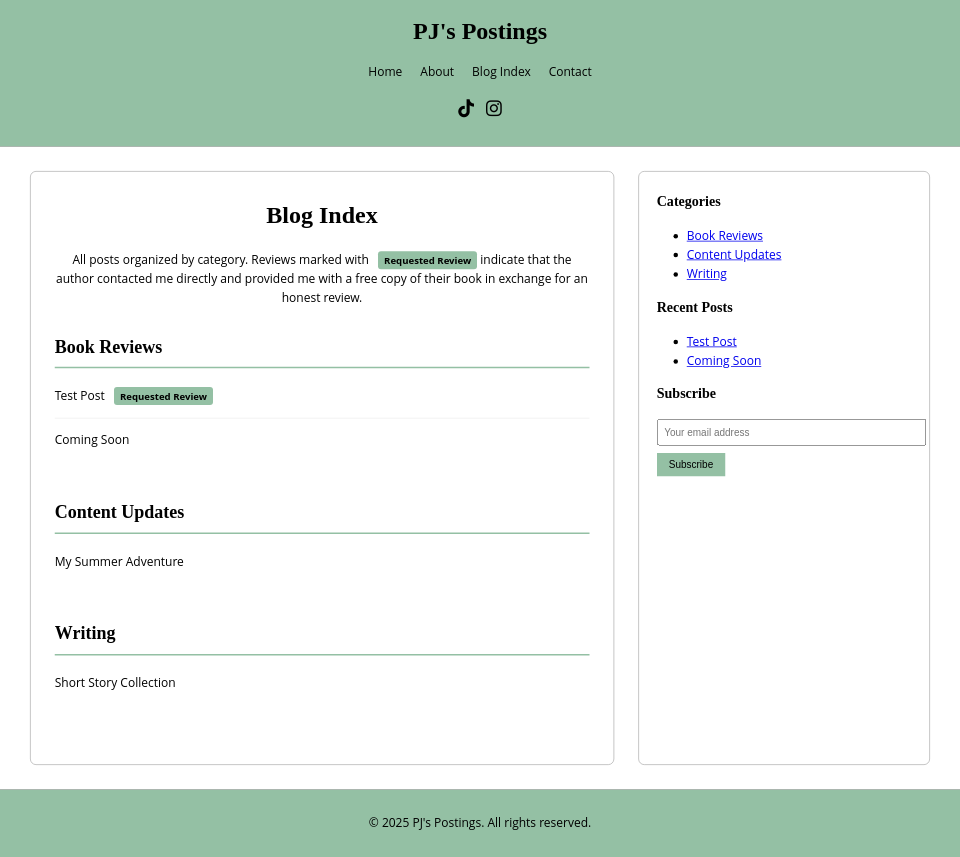
Repository: pjpatrick071/pjpatrick071.github.io
Page: blog.html
An editor plug-in stored every save of this project. The page is shown before and after the next save, followed by the edit.
The browser window is 1280 px wide. The pictures show the whole page, at 75% of full size.
Some web fonts or font styles are not loaded; a fallback is used.

Above is the page before, as saved 2025-04-02 23:12:03.

### blog.html
<!DOCTYPE html>
<html lang="en">
<head>
    <meta charset="UTF-8">
    <meta name="viewport" content="width=device-width, initial-scale=1.0">
    <title>Blog Index - PJ's Postings</title>

    <!-- Fonts -->
    <link href="https://fonts-api.wp.com/css?family=Playfair+Display:400,400i,700,700i|Open+Sans:400,400i,700,700i&subset=latin,latin-ext" rel="stylesheet">

    <!-- Font Awesome (for icons) -->
    <link href="https://cdnjs.cloudflare.com/ajax/libs/font-awesome/6.4.0/css/all.min.css" rel="stylesheet">

    <!-- Main Styles -->
    <style>
        :root {
            --soft-green: #94c0a4;
            --silver: #b3b3b3;
            --black: #000000;
            --white: #ffffff;
        }

        body {
            font-family: 'Open Sans', sans-serif;
            line-height: 1.6;
            margin: 0;
            padding: 0;
            background-color: var(--white);
            color: var(--black);
        }

        /* Header Styles */
        header {
            background-color: var(--soft-green);
            padding: 1rem 0;
            text-align: center;
            border-bottom: 1px solid var(--silver);
        }

        .logo {
            font-size: 2rem;
            font-weight: bold;
            margin: 0;
            color: var(--black);
            font-family: 'Playfair Display', serif;
        }

        /* Navigation */
        nav ul {
            padding: 0;
            list-style: none;
            display: flex;
            justify-content: center;
            gap: 1.5rem;
            margin: 1rem 0;
        }

        nav a {
            text-decoration: none;
            color: var(--black);
            font-weight: 500;
            transition: color 0.3s;
        }

        nav a:hover {
            color: var(--silver);
        }

        /* Main Content */
        .container {
            max-width: 1200px;
            margin: 2rem auto;
            padding: 0 1rem;
        }

        /* Blog Index */
        .blog-index {
            background-color: var(--white);
            border: 1px solid var(--silver);
            border-radius: 8px;
            padding: 2rem;
        }

        .index-header {
            text-align: center;
            margin-bottom: 2rem;
        }

        .index-header h1 {
            font-family: 'Playfair Display', serif;
            margin-top: 0;
        }

        .index-section {
            margin-bottom: 3rem;
        }

        .index-section h2 {
            font-family: 'Playfair Display', serif;
            border-bottom: 2px solid var(--soft-green);
            padding-bottom: 0.5rem;
            margin-bottom: 1.5rem;
        }

        .index-list {
            list-style: none;
            padding: 0;
        }

        .index-list li {
            margin-bottom: 1rem;
            padding-bottom: 1rem;
            border-bottom: 1px solid #eee;
        }

        .index-list li:last-child {
            border-bottom: none;
        }

        .index-list a {
            text-decoration: none;
            color: var(--black);
            font-weight: 500;
            transition: color 0.3s;
        }

        .index-list a:hover {
            color: var(--soft-green);
        }

        .requested-badge {
            background-color: var(--soft-green);
            color: var(--black);
            padding: 0.2rem 0.5rem;
            border-radius: 4px;
            font-size: 0.8rem;
            margin-left: 0.5rem;
            font-weight: bold;
        }

        /* Sidebar */
        .sidebar {
            background-color: var(--white);
            border: 1px solid var(--silver);
            border-radius: 8px;
            padding: 1.5rem;
            margin-top: 2rem;
        }

        .sidebar-title {
            margin-top: 0;
            color: var(--black);
            font-family: 'Playfair Display', serif;
        }

        /* Footer */
        footer {
            background-color: var(--soft-green);
            text-align: center;
            padding: 1rem 0;
            border-top: 1px solid var(--silver);
            margin-top: 2rem;
        }

        /* Social Icons */
        .social-links {
            display: flex;
            justify-content: center;
            gap: 1rem;
            margin: 1rem 0;
        }

        .social-links a {
            color: var(--black);
            font-size: 1.5rem;
            transition: transform 0.3s;
        }

        .social-links a:hover {
            transform: scale(1.2);
        }

        /* Responsive Design */
        @media (min-width: 768px) {
            .content-wrapper {
                display: grid;
                grid-template-columns: 2fr 1fr;
                gap: 2rem;
            }

            .sidebar {
                margin-top: 0;
            }
        }
    </style>
</head>
<body>
    <!-- Header -->
    <header>
        <h1 class="logo">PJ's Postings</h1>
        <nav>
            <ul>
                <li><a href="../index.html">Home</a></li>
                <li><a href="about.html">About</a></li>
                <li><a href="blog.html">Blog Index</a></li>
                <li><a href="#">Contact</a></li>
            </ul>
        </nav>

        <!-- Social Links -->
        <div class="social-links">
            <a href="https://www.tiktok.com/@p.j.patrick" target="_blank" rel="noopener noreferrer"><i class="fab fa-tiktok"></i></a>
            <a href="#" target="_blank" rel="noopener noreferrer"><i class="fab fa-instagram"></i></a>
        </div>
    </header>

    <!-- Main Content -->
    <div class="container">
        <div class="content-wrapper">
            <!-- Blog Index -->
            <main class="blog-index">
                <div class="index-header">
                    <h1>Blog Index</h1>
                    <p>All posts organized by category. Reviews marked with <span class="requested-badge">Requested Review</span> indicate that the author contacted me directly and provided me with a free copy of their book in exchange for an honest review.</p>
                </div>

                <section id="book-reviews" class="index-section">
                    <h2>Book Reviews</h2>
                    <ul class="index-list">
                        <li>
                            <a href="#test-post">Test Post</a>
                            <span class="requested-badge">Requested Review</span>
                        </li>
                        <li>
                            <a href="#coming-soon">Coming Soon</a>
                        </li>
                    </ul>
                </section>

                <section id="Content-updates" class="index-section">
                    <h2>Content Updates</h2>
                    <ul class="index-list">
                        <li>
                            <a href="#my-summer-adventure">My Summer Adventure</a>
                        </li>
                    </ul>
                </section>

                <section id="writing" class="index-section">
                    <h2>Writing</h2>
                    <ul class="index-list">
                        <li>
                            <a href="#short-story-collection">Short Story Collection</a>
                        </li>
                    </ul>
                </section>
            </main>

            <!-- Sidebar -->
            <aside class="sidebar">
                <h3 class="sidebar-title">Categories</h3>
                <ul>
                    <li><a href="#book-reviews">Book Reviews</a></li>
                    <li><a href="#Content-updates">Content Updates</a></li>
                    <li><a href="#writing">Writing</a></li>
                </ul>

                <h3 class="sidebar-title">Recent Posts</h3>
                <ul>
                    <li><a href="#test-post">Test Post</a></li>
                    <li><a href="#coming-soon">Coming Soon</a></li>
                </ul>

                <!-- Email Subscription Form -->
                <h3 class="sidebar-title">Subscribe</h3>
                <form action="#" method="post">
                    <input type="email" name="email" placeholder="Your email address" style="width: 100%; padding: 8px; margin-bottom: 10px;">
                    <button type="submit" style="background: var(--soft-green); border: none; padding: 8px 16px; cursor: pointer;">Subscribe</button>
                </form>
            </aside>
        </div>
    </div>

    <!-- Footer -->
    <footer>
        <p>&copy; <script>document.write(new Date().getFullYear());</script> PJ's Postings. All rights reserved.</p>
    </footer>

    <!-- JavaScript for dynamic elements -->
    <script>
        // Simple script to handle mobile menu toggle
        document.addEventListener('DOMContentLoaded', function() {
            // You can add interactive functionality here
            console.log('Blog index loaded successfully!');
        });
    </script>
</body>
</html>

After the next save:
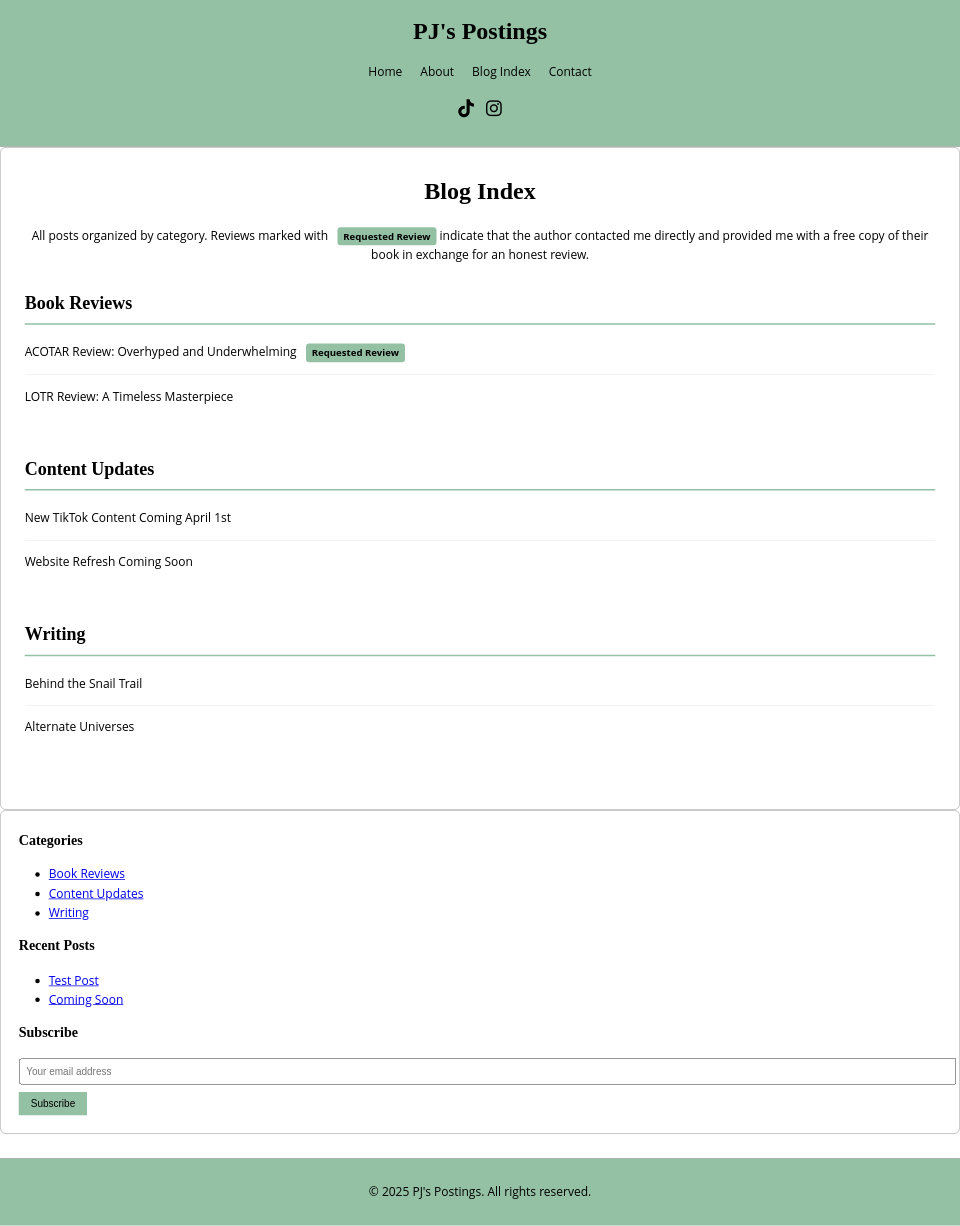
Saved 65 s later.
--- a/blog.html
+++ b/blog.html
@@ -215,46 +215,52 @@
     </header>
 
     <!-- Main Content -->
-    <div class="container">
-        <div class="content-wrapper">
-            <!-- Blog Index -->
-            <main class="blog-index">
-                <div class="index-header">
-                    <h1>Blog Index</h1>
-                    <p>All posts organized by category. Reviews marked with <span class="requested-badge">Requested Review</span> indicate that the author contacted me directly and provided me with a free copy of their book in exchange for an honest review.</p>
-                </div>
-
-                <section id="book-reviews" class="index-section">
-                    <h2>Book Reviews</h2>
-                    <ul class="index-list">
-                        <li>
-                            <a href="#test-post">Test Post</a>
-                            <span class="requested-badge">Requested Review</span>
-                        </li>
-                        <li>
-                            <a href="#coming-soon">Coming Soon</a>
-                        </li>
-                    </ul>
-                </section>
-
-                <section id="Content-updates" class="index-section">
-                    <h2>Content Updates</h2>
-                    <ul class="index-list">
-                        <li>
-                            <a href="#my-summer-adventure">My Summer Adventure</a>
-                        </li>
-                    </ul>
-                </section>
-
-                <section id="writing" class="index-section">
-                    <h2>Writing</h2>
-                    <ul class="index-list">
-                        <li>
-                            <a href="#short-story-collection">Short Story Collection</a>
-                        </li>
-                    </ul>
-                </section>
-            </main>
+    <main class="blog-index">
+        <div class="index-header">
+            <h1>Blog Index</h1>
+            <p>All posts organized by category. Reviews marked with <span class="requested-badge">Requested Review</span> indicate that the author contacted me directly and provided me with a free copy of their book in exchange for an honest review.</p>
+        </div>
+
+        <!-- Book Reviews Section -->
+        <section id="book-reviews" class="index-section">
+            <h2>Book Reviews</h2>
+            <ul class="index-list">
+                <li>
+                    <a href="#acotar-review">ACOTAR Review: Overhyped and Underwhelming</a>
+                    <span class="requested-badge">Requested Review</span>
+                </li>
+                <li>
+                    <a href="#lotr-review">LOTR Review: A Timeless Masterpiece</a>
+                </li>
+            </ul>
+        </section>
+
+        <!-- Content Updates Section -->
+        <section id="content-updates" class="index-section">
+            <h2>Content Updates</h2>
+            <ul class="index-list">
+                <li>
+                    <a href="#new-tiktok">New TikTok Content Coming April 1st</a>
+                </li>
+                <li>
+                    <a href="#website-updates">Website Refresh Coming Soon</a>
+                </li>
+            </ul>
+        </section>
+
+        <!-- Writing Section -->
+        <section id="writing" class="index-section">
+            <h2>Writing</h2>
+            <ul class="index-list">
+                <li>
+                    <a href="#snail-trail">Behind the Snail Trail</a>
+                </li>
+                <li>
+                    <a href="#alternate-universes">Alternate Universes</a>
+                </li>
+            </ul>
+        </section>
+    </main>
 
             <!-- Sidebar -->
             <aside class="sidebar">
